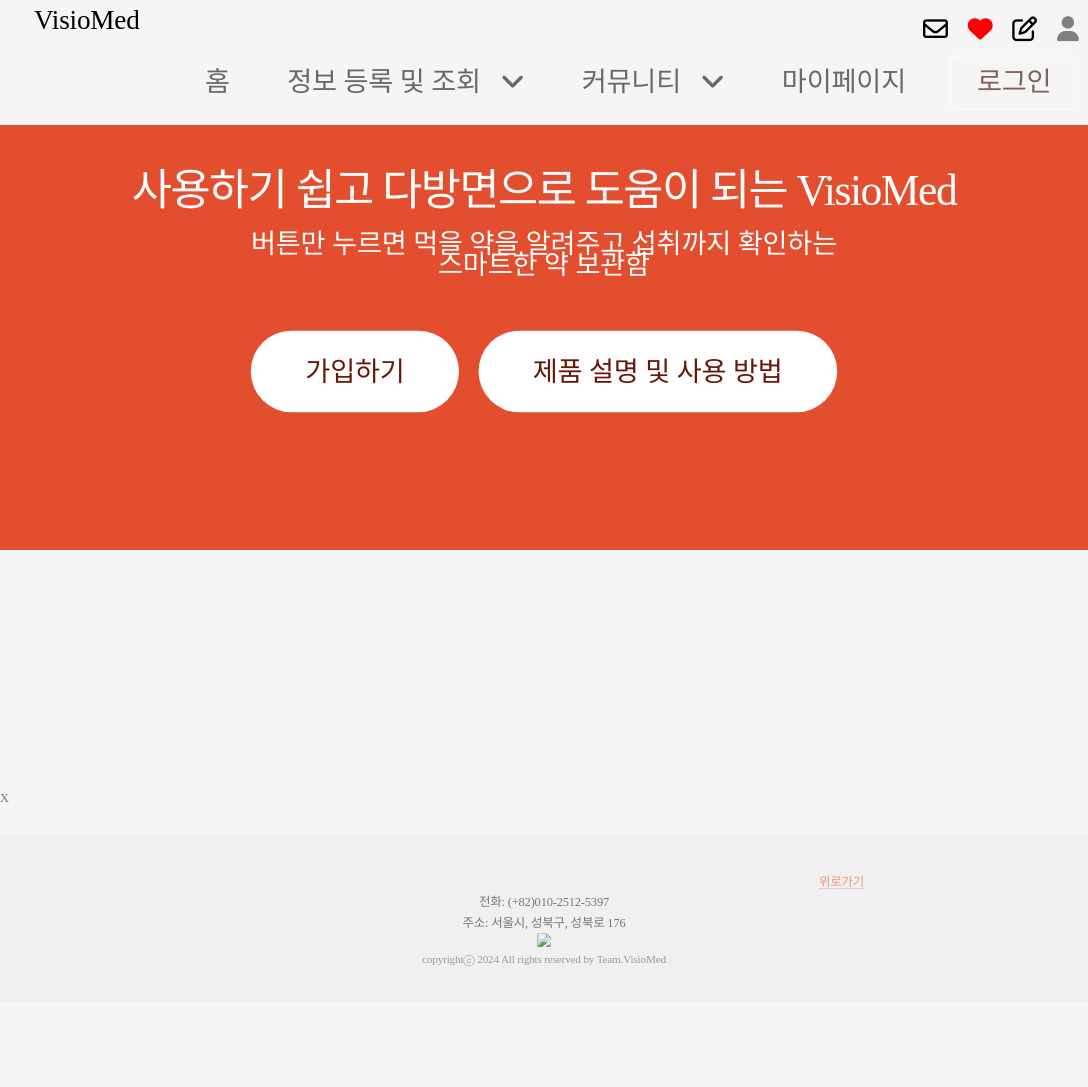
Repository: Jeffrey-Moon/visiomed
Page: http://localhost/Project_VisioMed/Index.jsp
An editor plug-in stored every save of this project. The page is shown before and after the next save, followed by the edit.
The browser window is 1280 px wide. The pictures show the whole page, at 85% of full size.
Some web fonts or font styles are not loaded; a fallback is used. Some web libraries are served in a nearby version. The page is served by Tomcat 9.

Above is the page before, as saved 2024-07-20 06:09:50.
Console error: SyntaxError: Unexpected token '<'

After the next save:
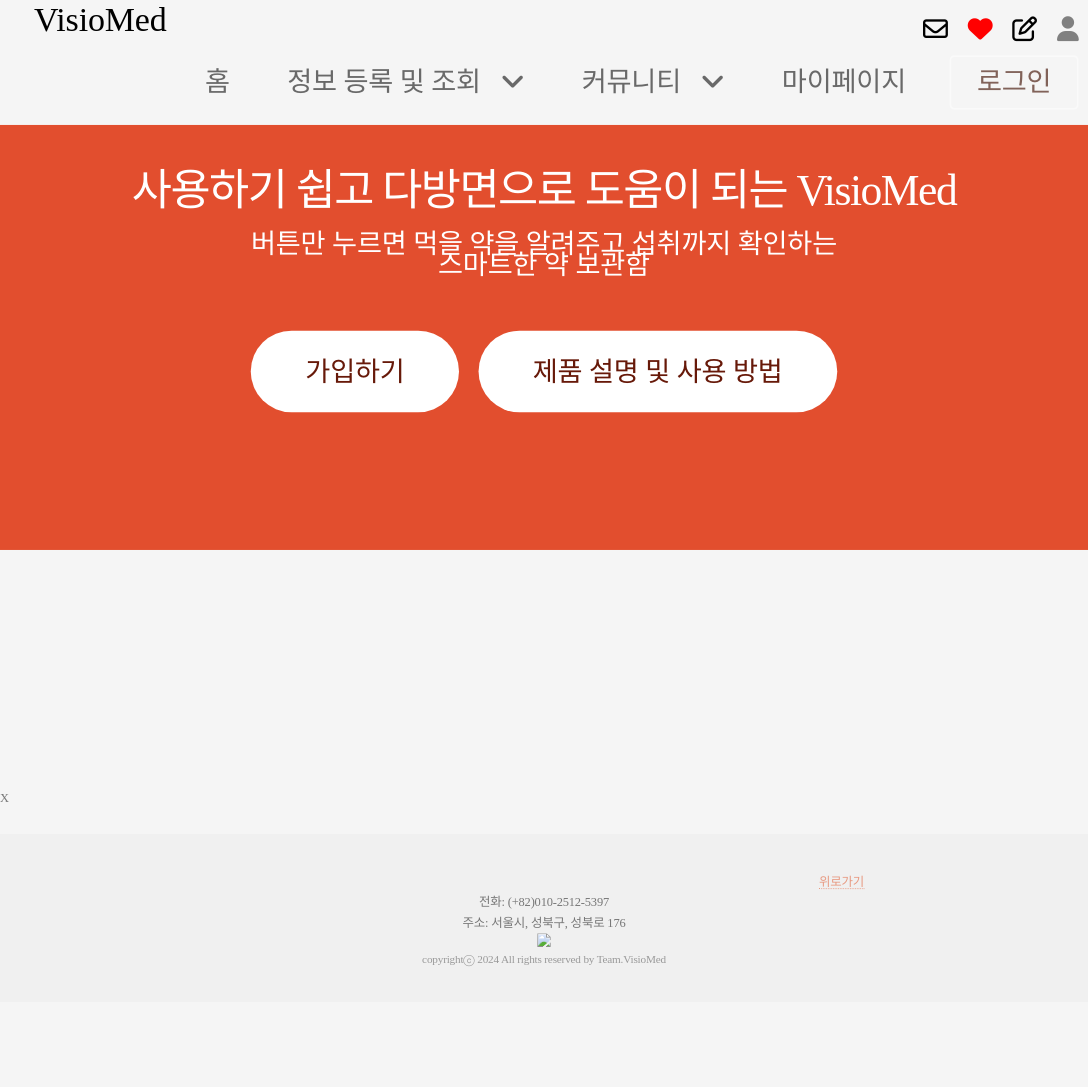
Saved 34 s later.
--- a/Project_VisioMed/Project_VisioMed/src/main/webapp/Index.jsp
+++ b/Project_VisioMed/Project_VisioMed/src/main/webapp/Index.jsp
@@ -60,7 +60,7 @@
 		<!-- Header -->
 		<header id="header" class="alt">
 			<h1 style="color: black;font-size:xx-large;">
-				<a href="Index.jsp" style="color: black;">VisioMed&nbsp;&nbsp;</a>
+				<a href="Index.jsp" style="color: black;font-size:40px">VisioMed&nbsp;&nbsp;</a>
 			</h1>
 
 			<nav id="nav" style="text-align:right;">
